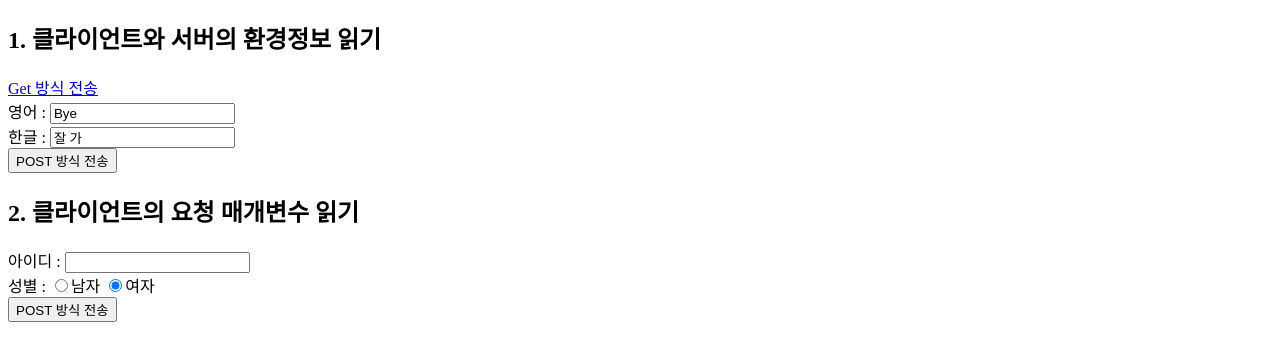
Repository: Park-Dongheon/Servlet-JSP_Training
Page: http://localhost/MustHaveJSP/02ImplicitObject/RequestMain.jsp
The author's editor kept a copy of each file at every save. The page is drawn from the files as they stood at one save, then again after the next save.
The browser window is 1280 px wide. The pictures show the whole page.
The page is served by Tomcat 10.

Above is the page before, as saved 2024-06-07 00:49:10.

After the next save:
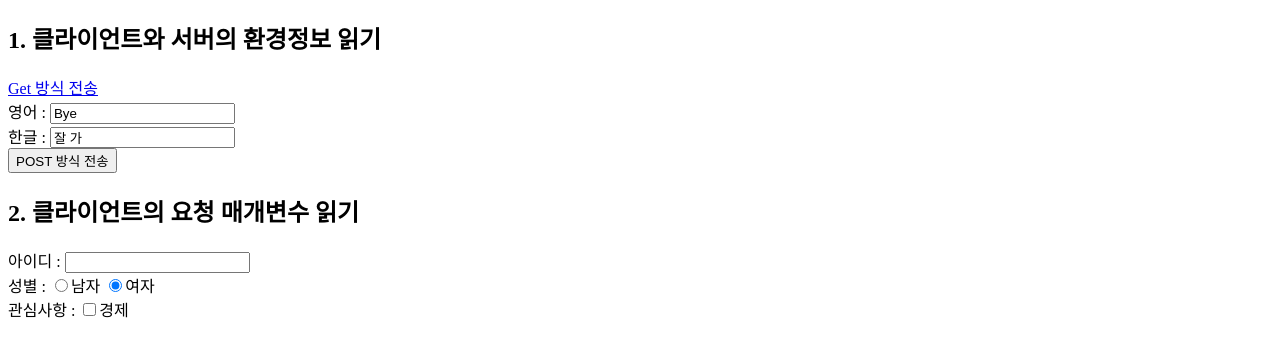
Saved 32 s later.
--- a/MustHaveJSP/src/main/webapp/02ImplicitObject/RequestMain.jsp
+++ b/MustHaveJSP/src/main/webapp/02ImplicitObject/RequestMain.jsp
@@ -25,7 +25,8 @@
 		<input type="radio" name="sex" value="man" />남자
 		<input type="radio" name="sex" value="woman" checked="checked" />여자
 		<br />
-		<input type="submit" value="POST 방식 전송" />
+		관심사항 :
+		<input type="checkbox" name="favo" value="eco" />경제
 	</form>
 
 </body>
